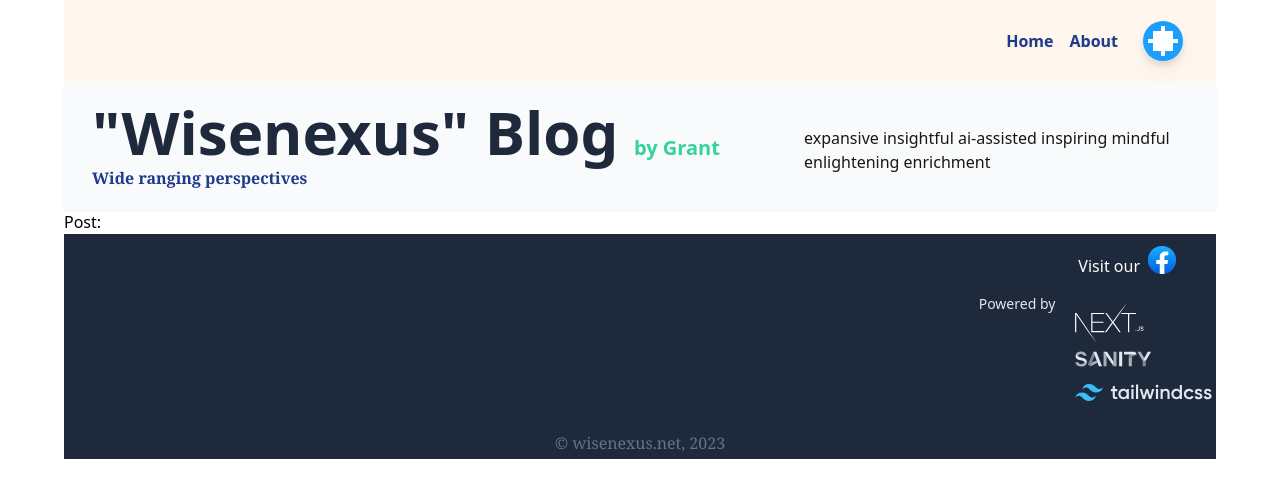
Repository: gpgundersen/sanity3-nextjs13-blog
Page: /post
An editor plug-in stored every save of this project. The page is shown before and after the next save, followed by the edit.
The browser window is 1280 px wide. The pictures show the whole page.
The project was rebuilt for these pictures with package versions that can differ from the ones it lists, and the page was loaded fresh each time. The framework's server and built-in components were replaced by stand-ins that run in the browser. Also part of the build but not shown: next.config.js.

Above is the page before, as saved 2023-02-05 20:31:19.

After the next save:
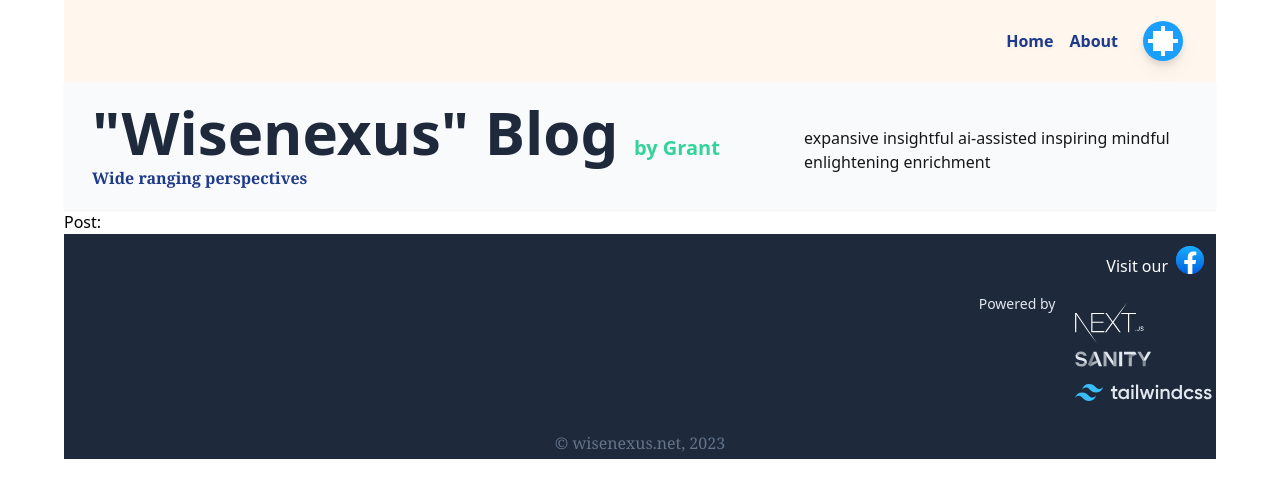
Saved 5 min 21 s later.
--- a/components/Footer.tsx
+++ b/components/Footer.tsx
@@ -6,7 +6,7 @@
 function Footer() {
     return <div className="bg-slate-800 text-slate-200">
       <div className="container flex flex-col p-1">
-        <div className="flex justify-end p-2 mr-7">
+        <div className="flex justify-end p-2 mr-7ver">
             <p className="text-white m-2 font-light">Visit our</p><FbIcon />
         </div>
         <div className="flex flex-wrap justify-end space-x-5 space-y-2">
